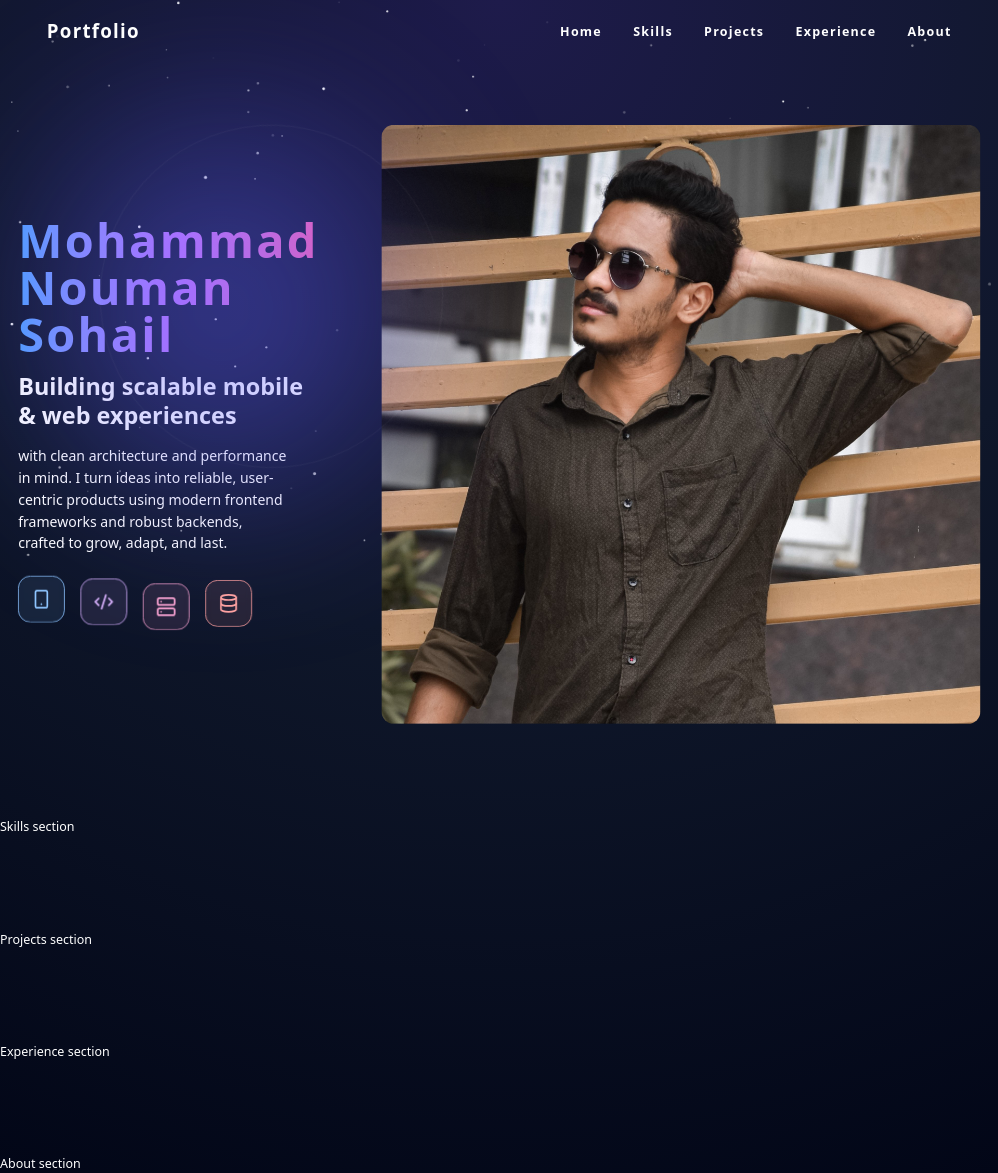
Repository: NoumanSohail/Nouman-Sohail-Portfolio
Page: /
These files come from the project's save history. The page is drawn as it stood at one moment and after the next save; the edit follows.
The browser window is 1280 px wide. The pictures show the whole page, at 78% of full size.
The project was rebuilt for these pictures with package versions that can differ from the ones it lists, and the page was loaded fresh each time. The framework's server and built-in components were replaced by stand-ins that run in the browser. Also part of the build but not shown: next.config.ts.

Above is the page before, as saved 2026-01-24 19:58:21.

### app/layout.tsx
import type { Metadata } from "next";
import { Geist, Geist_Mono } from "next/font/google";
import "./globals.css";
import Navbar from "./components/header/Navbar";
import StarBackground from "./components/ui/StarBackground";

const geistSans = Geist({
  variable: "--font-geist-sans",
  subsets: ["latin"],
});

const geistMono = Geist_Mono({
  variable: "--font-geist-mono",
  subsets: ["latin"],
});

export const metadata: Metadata = {
  title: "Create Next App",
  description: "Generated by create next app",
};

export default function RootLayout({
  children,
}: Readonly<{
  children: React.ReactNode;
}>) {
  return (
    <html lang="en">
      <body
        className={`${geistSans.variable} ${geistMono.variable} antialiased`}
      >
        <StarBackground />
        <Navbar />
        {children}
      </body>
    </html>
  );
}

### app/page.tsx
import React from 'react'
import Hero from './components/sections/Hero'
import Skills from './components/sections/Skills'
import Projects from './components/sections/Projects'
import Experience from './components/sections/Experience'
import About from './components/sections/About'

const page = () => {
  return (
    <div>
      <Hero />
      <Skills />
      <Projects />
      <Experience />
      <About />
    </div>
  )
}

export default page

### app/globals.css
@import "tailwindcss";

html {
  scroll-behavior: smooth;
}

body {
  overflow-x: hidden;
  position: relative;
  background: radial-gradient(circle at 50% 0%, #1e1b4b, #0f172a, #020617);
  min-height: 100vh;
}

### app/components/header/Navbar.tsx
"use client";

import { useEffect, useState } from "react";
import { navLinks } from "@/app/data";
import Link from "next/link";
import { Menu, X } from "lucide-react";

const Navbar = () => {
  const [isScrolled, setIsScrolled] = useState(false);
  const [menuOpen, setMenuOpen] = useState(false);

  useEffect(() => {
    const handleScroll = () => setIsScrolled(window.scrollY > 20);
    window.addEventListener("scroll", handleScroll);
    return () => window.removeEventListener("scroll", handleScroll);
  }, []);

  return (
    <header
      className={`fixed top-0 left-0 right-0 z-50 transition-all ${
        isScrolled
          ? "bg-transparent backdrop-blur-md border-b border-white/20 shadow-lg py-3"
          : "bg-transparent py-6"
      }`}
    >
      <div className="w-full mx-auto max-w-384 flex items-center justify-between px-5 md:px-10 lg:px-15 text-white tracking-widest">
        <h1 className="font-bold text-2xl">Portfolio</h1>

        {/* large displays like laptops */}
        <nav className="hidden lg:flex">
          {navLinks.map((links) => (
            <div key={links.name} className="flex ml-10 font-semibold">
              <Link href={links.id}>{links.name}</Link>
            </div>
          ))}
        </nav>

        {/* Mobile Hamburger */}
        <div className="lg:hidden flex items-center justify-center">
          <button
            onClick={() => setMenuOpen(!menuOpen)}
            className="text-zinc-400"
          >
            <Menu size={30} />
          </button>
        </div>

        {menuOpen && (
          <div className="fixed inset-0 h-screen flex justify-end bg-black/40 backdrop-blur-sm">
            <div className="relative h-full w-[60%] bg-[#0f172a] text-white flex items-center transition-transform duration-300 translate-x-0">
              <button
                onClick={() => setMenuOpen(false)}
                className={`absolute top right-5 md:right-10 text-white ${isScrolled ? "top-3" : "top-6"}`}
              >
                <X size={30} />
              </button>

              <nav className="flex flex-col p-10 gap-10 mt-20">
                {navLinks.map((links) => (
                  <Link
                    key={links.name}
                    href={links.id}
                    onClick={() => setMenuOpen(false)}
                    className="font-semibold"
                  >
                    {links.name}
                  </Link>
                ))}
              </nav>
            </div>
          </div>
        )}
      </div>
    </header>
  );
};

export default Navbar;

### app/components/ui/StarBackground.tsx
"use client";

import { useEffect, useRef } from "react";

const StarBackground = () => {
  const canvasRef = useRef<HTMLCanvasElement | null>(null);

  useEffect(() => {
    const canvas = canvasRef.current;
    if (!canvas) return;

    const ctx = canvas.getContext("2d");
    if (!ctx) return;

    let stars: any[] = [];
    const STAR_COUNT = 120;

    const resize = () => {
      canvas.width = window.innerWidth;
      canvas.height = window.innerHeight;
    };

    resize();
    window.addEventListener("resize", resize);

    // Create stars
    stars = Array.from({ length: STAR_COUNT }).map(() => ({
      x: Math.random() * canvas.width,
      y: Math.random() * canvas.height,
      radius: Math.random() * 1.5 + 0.5,
      speed: Math.random() * 0.3 + 0.1,
      opacity: Math.random(),
    }));

    const animate = () => {
      ctx.clearRect(0, 0, canvas.width, canvas.height);

      stars.forEach((star) => {
        star.y += star.speed;
        if (star.y > canvas.height) {
          star.y = 0;
          star.x = Math.random() * canvas.width;
        }

        ctx.beginPath();
        ctx.arc(star.x, star.y, star.radius, 0, Math.PI * 2);
        ctx.fillStyle = `rgba(255,255,255,${star.opacity})`;
        ctx.fill();
      });

      requestAnimationFrame(animate);
    };

    animate();

    return () => window.removeEventListener("resize", resize);
  }, []);

  return (
    <canvas
      ref={canvasRef}
      className="fixed inset-0 pointer-events-none -z-10"
    />
  );
};

export default StarBackground;

### app/components/sections/Hero.tsx
import { personaldetails } from "@/app/data";
import Image from "next/image";
import me from "@/public/images/me.jpg";
import { Code2, Database, Server, Smartphone } from "lucide-react";

const Hero = () => {
  return (
    <section
      id="home"
      className="scroll-mt-40 scroll-smooth w-full mx-auto max-w-384 px-5 md:px-10 lg:px-15 text-white mt-30 md:mt-40 h-fit"
    >
      {/* Central Glowing Orb */}
      <div className="absolute w-[35%] h-[35%] bg-indigo-500 rounded-full blur-[120px] opacity-40 animate-pulse [animation-delay:2000ms]" />
      {/* Orbiting Elements */}
      <div className="absolute left-[10%] w-50 h-50 md:w-110 md:h-110 border border-white/5 rounded-full animate-spin [animation-duration:20s]" />

      <div className="flex flex-col lg:flex-row items-center justify-center gap-7 lg:gap-20 text-center lg:text-start">
        <div className="flex flex-col gap-5">
          <h1 className="font-black text-4xl lg:text-6xl tracking-wider text-balance text-transparent bg-clip-text bg-linear-to-r from-blue-400 via-purple-400 to-pink-400">
            {personaldetails.name}
          </h1>
          <h2 className="font-semibold text-2xl lg:text-3xl">
            {personaldetails.tagline}
          </h2>
          <p className="lg:text-lg lg:text-balance">
            {personaldetails.statement}
          </p>

          <div className="flex gap-5 mt-5 items-center justify-center lg:items-start lg:justify-start">
            <Smartphone
              size={60}
              className="p-4 border rounded-2xl backdrop-blur-xs bg-blue-300/10 hover:scale-110
                        border-blue-300  hover:border-blue-300 text-blue-300 hover:text-blue-300
                        transition-all duration-300 animate-bounce [animation-delay:0ms]"
            />
            <Code2
              size={60}
              className="p-4 border rounded-2xl backdrop-blur-xs bg-purple-300/10 hover:scale-110
                        border-purple-300 hover:border-purple-300 text-purple-300 hover:text-purple-300
                        transition-all duration-300 animate-bounce [animation-delay:100ms]"
            />
            <Server
              size={60}
              className="p-4 border rounded-2xl backdrop-blur-xs bg-pink-300/10 hover:scale-110
                        border-pink-300 hover:border-pink-300 text-pink-300 hover:text-pink-300
                        transition-all duration-300 animate-bounce [animation-delay:200ms]"
            />
            <Database
              size={60}
              className="p-4 border rounded-2xl backdrop-blur-xs bg-red-300/10 hover:scale-110
                        border-red-300 hover:border-red-300 text-red-300 hover:text-red-300
                        transition-all duration-300 animate-bounce [animation-delay:300ms]"
            />
          </div>
        </div>

        <Image
          src={me}
          alt={personaldetails.name}
          height={350}
          width={350}
          className="rounded-2xl lg:h-3xl lg:w-3xl"
        />
      </div>
    </section>
  );
};

export default Hero;

### app/components/sections/Skills.tsx

const Skills = () => {
  return (
    <section id="skills" className="h-fit">
      <div className="text-white pt-30">Skills section</div>
    </section>
  );
};

export default Skills;

### app/components/sections/Projects.tsx

const Projects = () => {
  return (
    <section id="projects" className="h-fit">
      <div className="text-white pt-30">Projects section</div>
    </section>
  )
}

export default Projects

### app/components/sections/Experience.tsx

const Experience = () => {
  return (
    <section id="experience" className="h-fit">
      <div className="text-white pt-30">Experience section</div>
    </section>
  );
};

export default Experience;

### app/components/sections/About.tsx

const About = () => {
  return (
    <section id="about" className="h-fit">
      <div className="text-white pt-30">About section</div>
    </section>
  )
}

export default About

### app/data.tsx
export const navLinks = [
  { name: "Home", id: "/#home" },
  { name: "Skills", id: "/#skills" },
  { name: "Projects", id: "/#projects" },
  { name: "Experience", id: "/#experience" },
  { name: "About", id: "/#about" },
];

export const personaldetails = {
  name: "Mohammad Nouman Sohail",
  role: "Full Stack Mobile & Web Developer",
  tagline: "Building scalable mobile & web experiences",
  statement:
    "with clean architecture and performance in mind. I turn ideas into reliable, user-centric products using modern frontend frameworks and robust backends, crafted to grow, adapt, and last.",
};

After the next save:
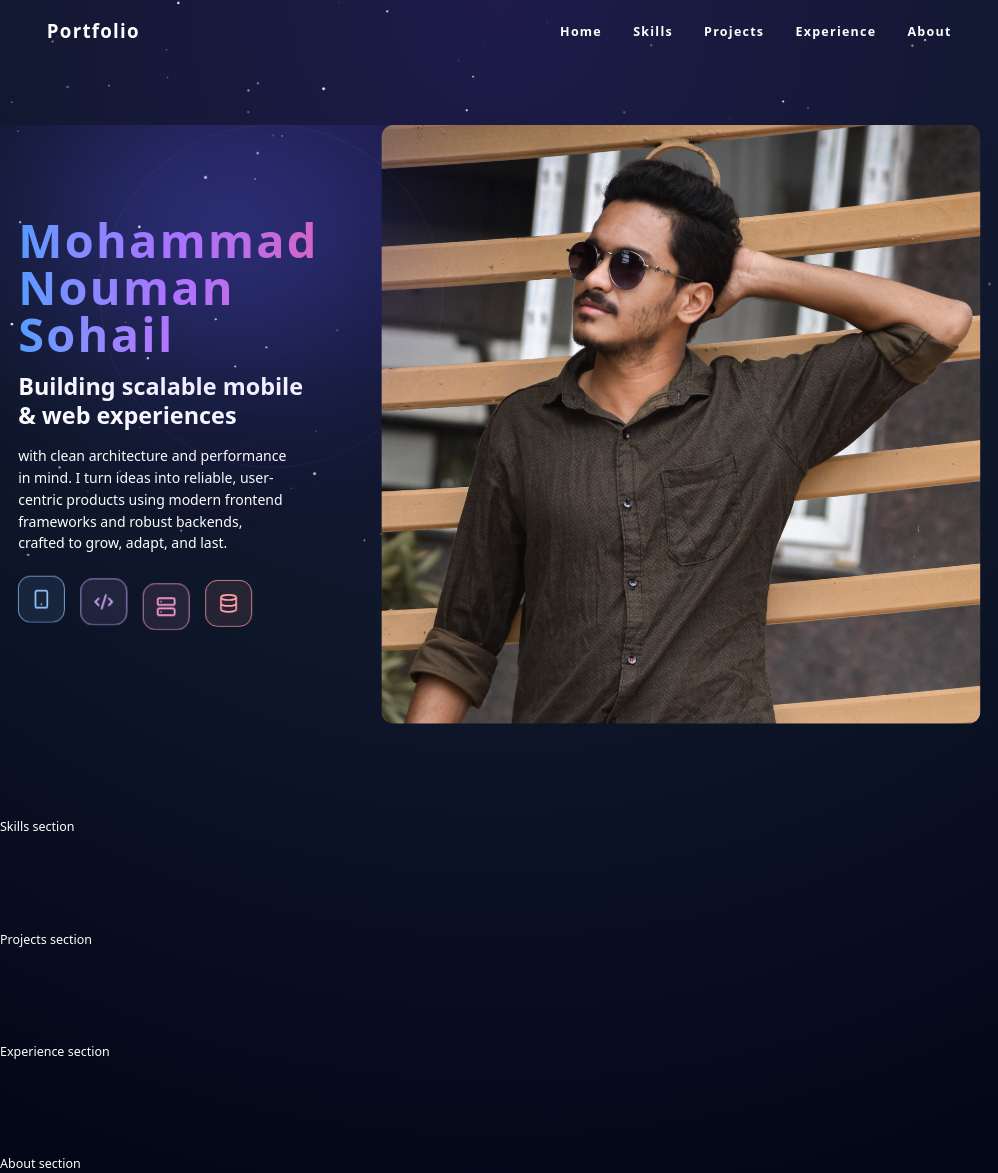
Saved 3 min 59 s later.
--- a/app/components/sections/Hero.tsx
+++ b/app/components/sections/Hero.tsx
@@ -7,7 +7,10 @@ const Hero = () => {
   return (
     <section
       id="home"
-      className="scroll-mt-40 scroll-smooth w-full mx-auto max-w-384 px-5 md:px-10 lg:px-15 text-white mt-30 md:mt-40 h-fit"
+      className="relative scroll-mt-40 w-full mx-auto max-w-384
+             px-5 md:px-10 lg:px-15
+             text-white mt-30 md:mt-40
+             min-h-[70vh] overflow-hidden"
     >
       {/* Central Glowing Orb */}
       <div className="absolute w-[35%] h-[35%] bg-indigo-500 rounded-full blur-[120px] opacity-40 animate-pulse [animation-delay:2000ms]" />
